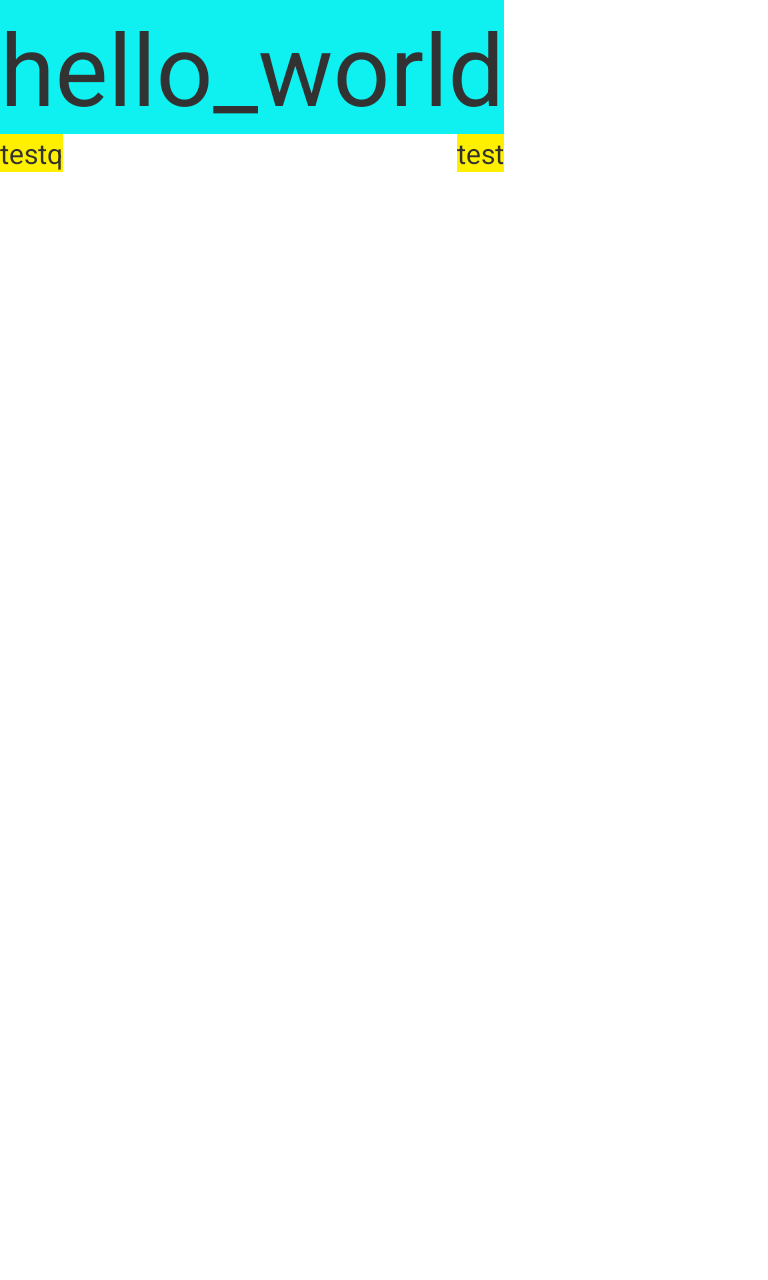
Repository: founderzhl/MarsAndroid
Layout: S01_E15_RelativeLayout01/res/layout/activity_main.xml
The author's editor kept a copy of each file at every save. The layout is drawn from the files as they stood at one save, then again after the next save.
It is drawn on a 768 x 1280 px phone screen (xhdpi) without system bars, with theme AppTheme; the app's code is not run. The app's manifest (not shown) leaves right-to-left support off. So textAlignment, textDirection and layoutDirection are ignored, and left and right values win over start and end ones.

Above is the layout before, as saved 2015-01-22 16:02:14.

### S01_E15_RelativeLayout01/res/layout/activity_main.xml
<RelativeLayout xmlns:android="http://schemas.android.com/apk/res/android"
    xmlns:tools="http://schemas.android.com/tools"
    android:layout_width="match_parent"
    android:layout_height="match_parent" >

    <TextView
        android:id="@+id/firstView"
        android:layout_width="wrap_content"
        android:layout_height="wrap_content"
        android:background="#0ff0f0"
        android:textSize="50sp"
        android:text="hello_world" />

    <TextView
        android:id="@+id/secondView"
        android:layout_width="wrap_content"
        android:layout_height="wrap_content"
        android:background="#fff000"
        android:layout_below="@id/firstView"
        android:layout_alignEnd="@id/firstView"
        android:text="test" />

     <TextView
        android:id="@+id/TheerdView"
        android:layout_width="wrap_content"
        android:layout_height="wrap_content"
        android:background="#fff000"
        android:layout_below="@id/firstView"
        android:layout_alignStart="@id/firstView"
        android:text="testq" />


</RelativeLayout>

Loaded but not shown: S01_E15_RelativeLayout01/res/values/styles.xml (common file); S01_E15_RelativeLayout01/res/values-v11/styles.xml (common file); S01_E15_RelativeLayout01/res/values-v14/styles.xml (common file)

After the next save:
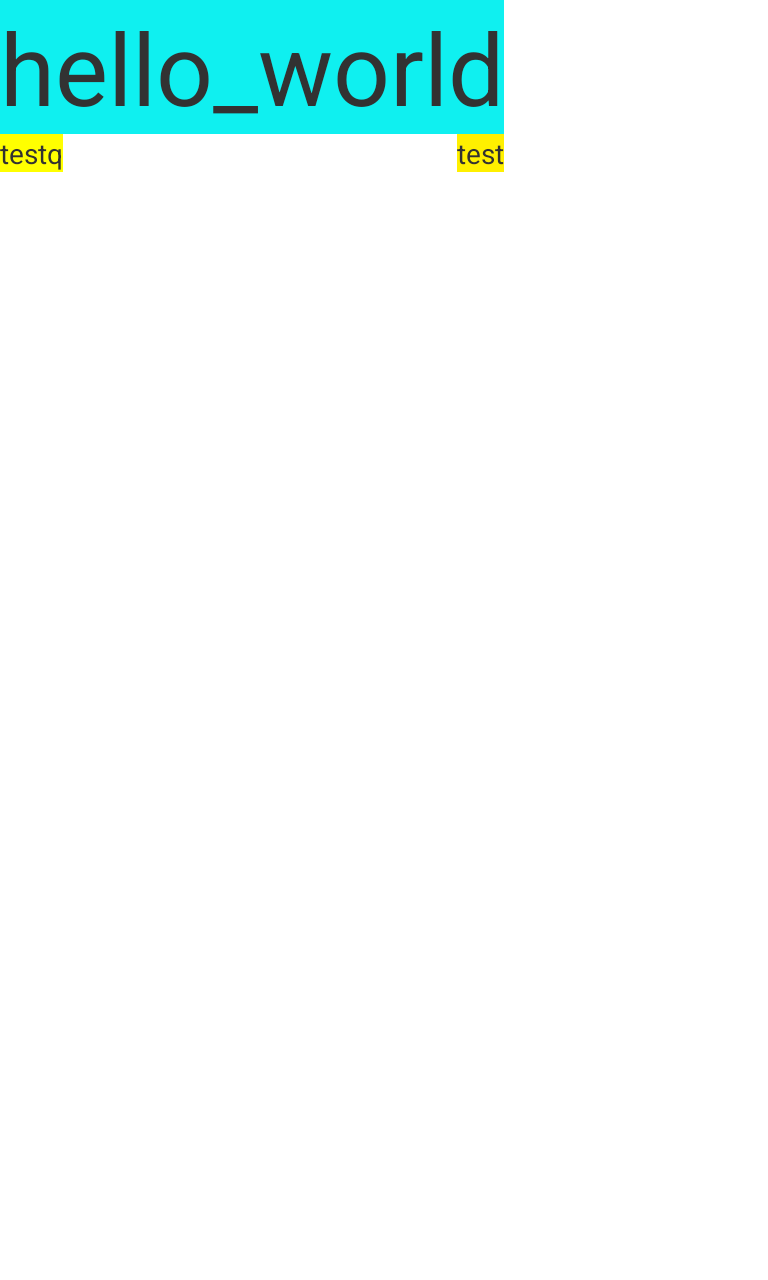
Saved 9 s later.
--- a/S01_E15_RelativeLayout01/res/layout/activity_main.xml
+++ b/S01_E15_RelativeLayout01/res/layout/activity_main.xml
@@ -24,7 +24,7 @@
         android:id="@+id/TheerdView"
         android:layout_width="wrap_content"
         android:layout_height="wrap_content"
-        android:background="#fff000"
+        android:background="#ffff00"
         android:layout_below="@id/firstView"
         android:layout_alignStart="@id/firstView"
         android:text="testq" />
